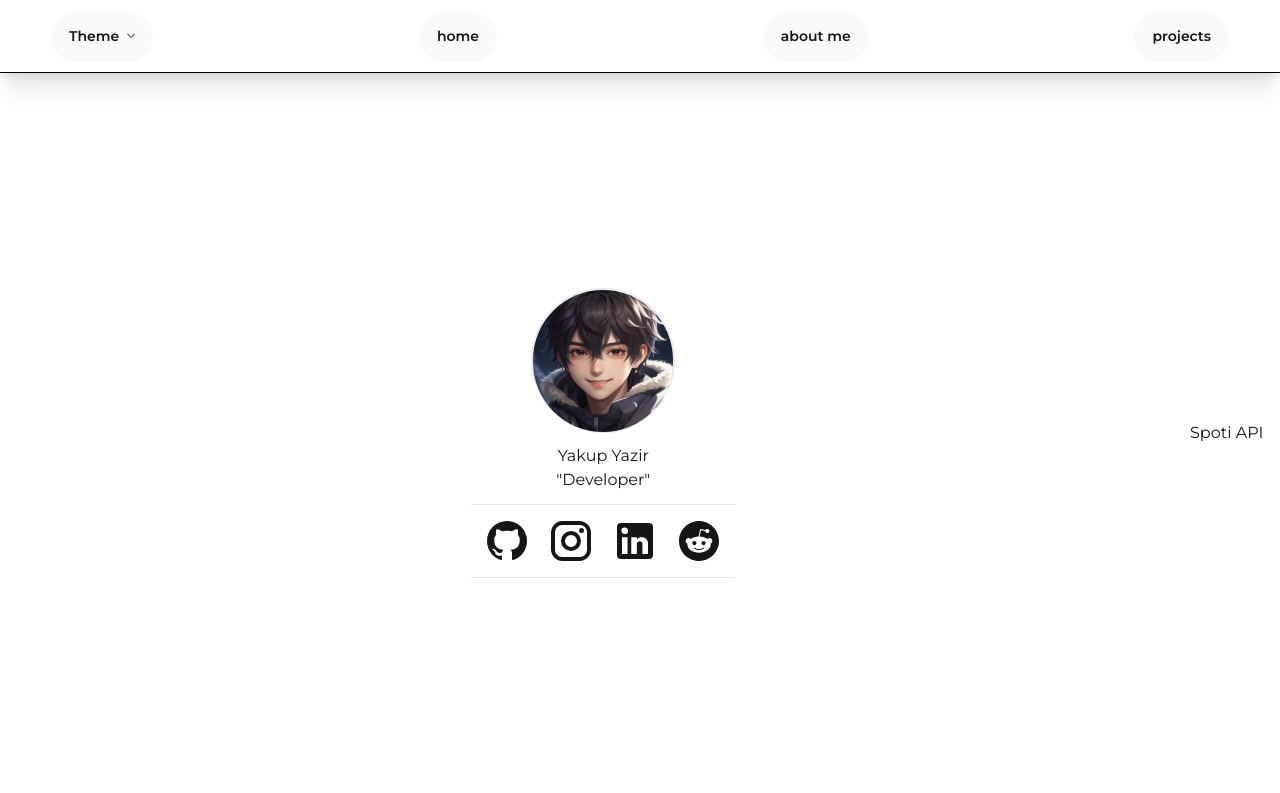
Repository: Yakyaz/myWebsite
Page: /home
The author's editor kept a copy of each file at every save. The page is drawn from the files as they stood at one save, then again after the next save.
The browser window is 1280 px wide. The pictures show the whole page.
The project was rebuilt for these pictures with package versions that can differ from the ones it lists, and the page was loaded fresh each time. The framework's server and built-in components were replaced by stand-ins that run in the browser. Also part of the build but not shown: next.config.js.

Above is the page before, as saved 2023-12-03 19:10:43.

### app/layout.tsx
import type { Metadata } from "next";
import { Montserrat } from "next/font/google";
import "./globals.css";
import Navbar from "../components/navbar";

const montserrat = Montserrat({ subsets: ["latin"] });

export const metadata: Metadata = {
  title: "Create Next App",
  description: "Generated by create next app",
};

export default function RootLayout({
  children,
}: {
  children: React.ReactNode;
}) {
  return (
    <html lang="en" data-theme="pastel" style={{ overflow: "hidden" }}>
      <body className={montserrat.className} style={{ overflow: "hidden" }}>
        <Navbar />
        <div>{children}</div>
      </body>
    </html>
  );
}

### app/home/page.tsx
import Link from "next/link";
import Icon from "@mdi/react";
import { mdiGithub, mdiInstagram, mdiLinkedin, mdiReddit } from "@mdi/js";
import Image from "next/image";
import pb from "public/pb.png";

function Home() {
  return (
    <main className="w-screen h-screen flex items-center justify-center ">
      <div
        className="w-11/12 flex justify-center items-center "
        style={{
          height: "90%",
        }}
      >
        <div className="flex flex-col justify-center items-center">
          <div className="border rounded-full mb-3 h-36 w-36 text-center">
            <Image
              className="border rounded-full mb-3 h-36 w-36 text-center"
              alt="Pb"
              src={pb}
              placeholder="blur"
              quality={100}
              sizes="100%"
            />
          </div>

          <div className="text-center">
            <h1>Yakup Yazir</h1>
            <h4>"Developer"</h4>
          </div>
          <div className="flex flex-row space-x-4 border border-x-0 mt-3 p-3">
            <a href="https://github.com/It3chii ">
              <Icon path={mdiGithub} size={2} />
            </a>
            <a href="https://www.instagram.com/yakupwrld_/">
              <Icon path={mdiInstagram} size={2} />
            </a>
            <a href="https://www.linkedin.com/in/yakup-yazir-aa9a61247/">
              <Icon path={mdiLinkedin} size={2} />
            </a>
            <a href="https://www.reddit.com/user/It3chii">
              <Icon path={mdiReddit} size={2} />
            </a>
          </div>
        </div>
      </div>
      <div>Spoti API</div>
    </main>
  );
}

export default Home;

### components/navbar.tsx
import Link from "next/link";
import React from "react";
import Toggle from "./toggle";

const Navbar = () => {
  return (
    <ul className="flex flex-row justify-between items-center p-2 pr-12 pl-12 border-b border-black shadow-xl">
      <li>
        <Toggle />
      </li>
      <li>
        <Link className="btn m-1  " href="/home">
          home
        </Link>
      </li>
      <li>
        <Link className="btn m-1" href="/about">
          about me
        </Link>
      </li>
      <li>
        <Link className="btn m-1" href="/projects">
          projects
        </Link>
      </li>
    </ul>
  );
};

export default Navbar;

### components/toggle.tsx
import React from "react";

const Toggle = () => {
  return (
    <div className="dropdown ">
      <div tabIndex={0} role="button" className="btn m-1">
        Theme
        <svg
          width="12px"
          height="12px"
          className="h-2 w-2 fill-current opacity-60 inline-block"
          xmlns="http://www.w3.org/2000/svg"
          viewBox="0 0 2048 2048"
        >
          <path d="M1799 349l242 241-1017 1017L7 590l242-241 775 775 775-775z"></path>
        </svg>
      </div>
      <ul
        tabIndex={0}
        className="dropdown-content z-[1] p-2 shadow-2xl bg-base-300 rounded-box w-52"
      >
        <li>
          <input
            type="radio"
            name="theme-dropdown"
            className="theme-controller btn btn-sm btn-block btn-ghost justify-start"
            aria-label="Default"
            value="default"
          />
        </li>
        <li>
          <input
            type="radio"
            name="theme-dropdown"
            className="theme-controller btn btn-sm btn-block btn-ghost justify-start"
            aria-label="Retro"
            value="retro"
          />
        </li>
        <li>
          <input
            type="radio"
            name="theme-dropdown"
            className="theme-controller btn btn-sm btn-block btn-ghost justify-start"
            aria-label="Cyberpunk"
            value="cyberpunk"
          />
        </li>
        <li>
          <input
            type="radio"
            name="theme-dropdown"
            className="theme-controller btn btn-sm btn-block btn-ghost justify-start"
            aria-label="Dracula"
            value="dracula"
          />
        </li>
        <li>
          <input
            type="radio"
            name="theme-dropdown"
            className="theme-controller btn btn-sm btn-block btn-ghost justify-start"
            aria-label="Aqua"
            value="aqua"
          />
        </li>
      </ul>
    </div>
  );
};

export default Toggle;

### tailwind.config.ts
import type { Config } from "tailwindcss";

const config: Config = {
  content: [
    "./pages/**/*.{js,ts,jsx,tsx,mdx}",
    "./components/**/*.{js,ts,jsx,tsx,mdx}",
    "./app/**/*.{js,ts,jsx,tsx,mdx}",
  ],
  theme: {
    extend: {
      backgroundImage: {
        "gradient-radial": "radial-gradient(var(--tw-gradient-stops))",
        "gradient-conic":
          "conic-gradient(from 180deg at 50% 50%, var(--tw-gradient-stops))",
      },
    },
  },
  plugins: [require("daisyui")],
  daisyui: {
    themes: ["pastel", "retro", "cyberpunk", "dracula", "aqua"],
  },
};
export default config;

Loaded but not shown: app/globals.css (common file)

After the next save:
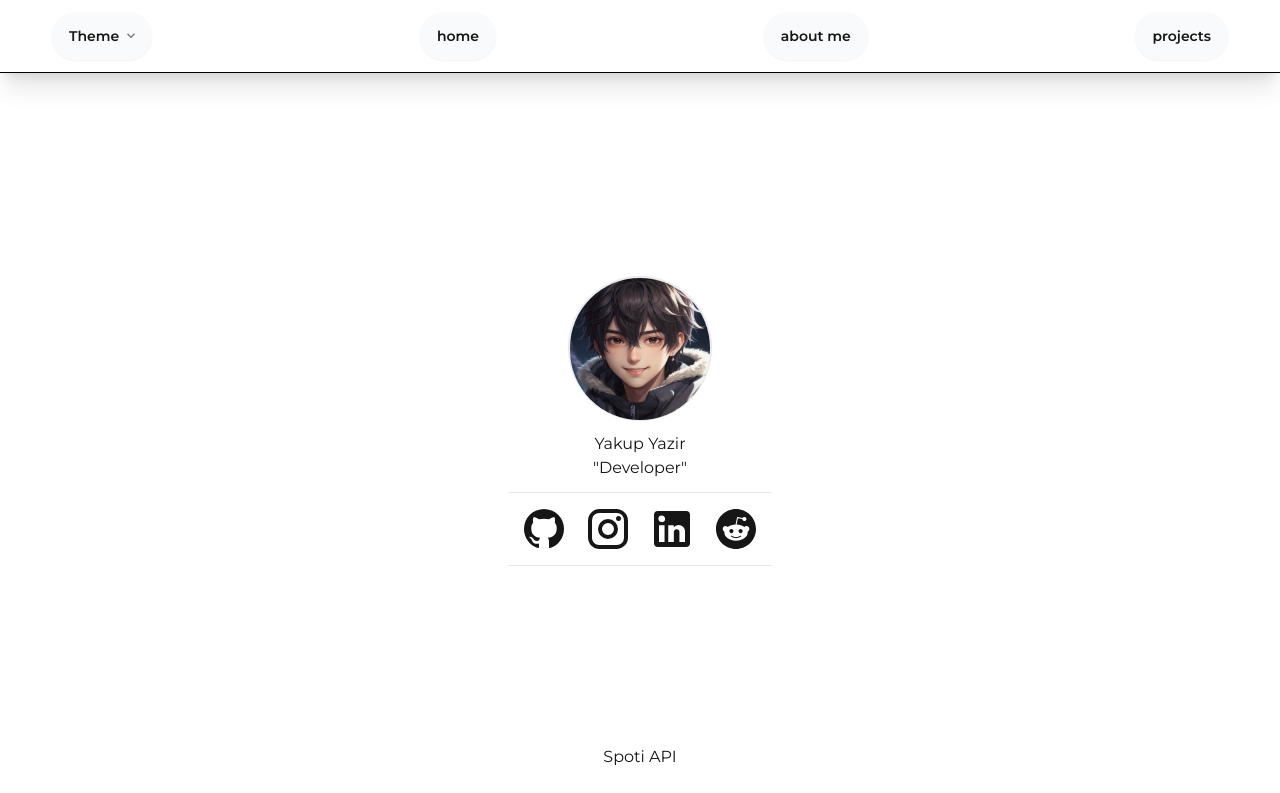
Saved 18 s later.
--- a/app/home/page.tsx
+++ b/app/home/page.tsx
@@ -6,7 +6,7 @@ import pb from "public/pb.png";
 
 function Home() {
   return (
-    <main className="w-screen h-screen flex items-center justify-center ">
+    <main className="w-screen h-screen flex flex-col items-center justify-center ">
       <div
         className="w-11/12 flex justify-center items-center "
         style={{
